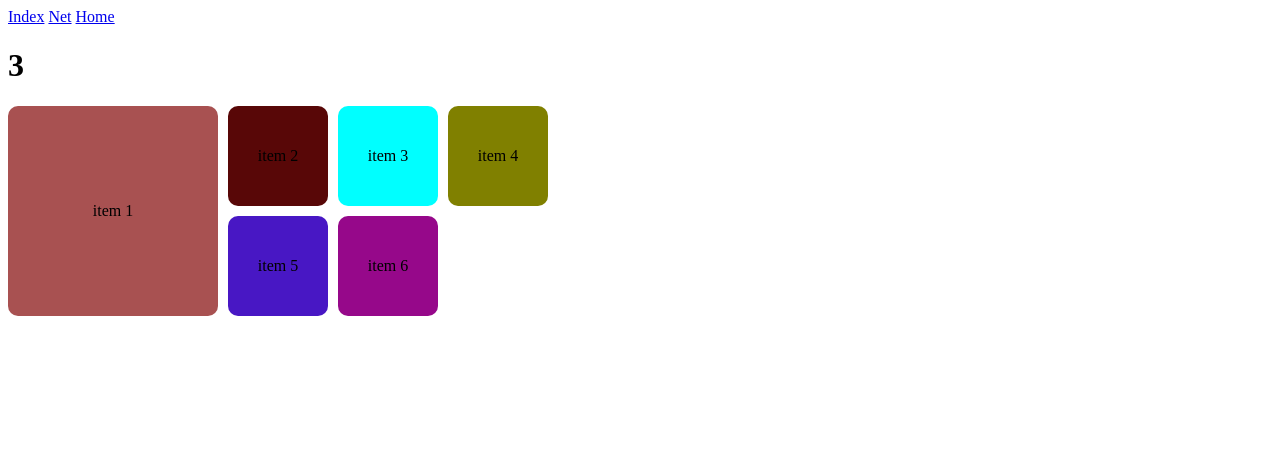
Repository: Nguyen-Toan-2004/du-an-test
Page: product.htm
These files come from the project's save history. The page is drawn as it stood at one moment and after a run of saves; the edit follows.
The browser window is 1280 px wide. The pictures show the whole page.

Above is the page before, as saved 2025-10-22 20:41:59.

### product.htm
<!DOCTYPE html>
<html lang="en">
  <head>
    <meta charset="UTF-8" />
    <meta name="viewport" content="width=device-width, initial-scale=1.0" />
    <title>Product</title>
  </head>
  <body>
    <a href="index.html">Index</a>
    <a href="net.htm">Net</a>
    <a href="home.html">Home</a>
    <h1>3</h1>
    <style>
      .container {
        display: grid;
        grid-template-columns: repeat(5, 100px);
        grid-template-rows: repeat(3, 100px);
        gap: 10px;
      }
      .box {
        display: flex;
        justify-content: center;
        align-items: center;
        border-radius: 10px;
      }
      .box1 {
        background: #a85151;
        grid-row-start: 1;
        grid-row-end: 3;
        grid-column-start: 1;
        grid-column-end: 3;
      }
      .box2 {
        background: #580707;
      grid-column-start: 3;
      grid-column-end: ;
      }
      .box3 {
        background: aqua;
      }
      .box4 {
        background: olive;
      }
      .box5 {
        background: #4817c4;
      }
      .box6 {
        background: #96088a;
      }
    </style>
    <div class="container">
      <div class="box box1">item 1</div>
      <div class="box box2">item 2</div>
      <div class="box box3">item 3</div>
      <div class="box box4">item 4</div>
      <div class="box box5">item 5</div>
      <div class="box box6">item 6</div>
    </div>
  </body>
</html>

After the next 2 saves:
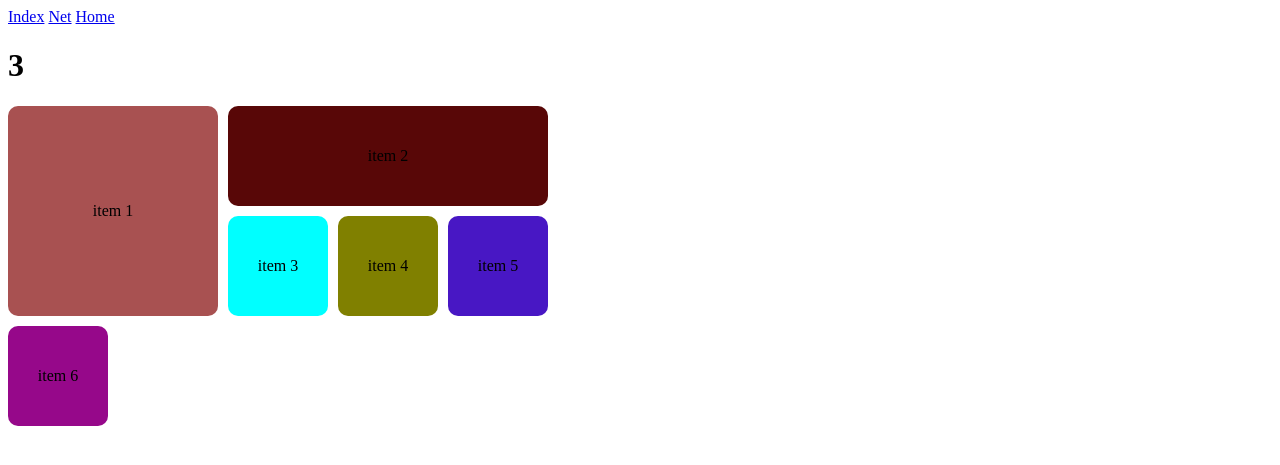
The 2 saves are shown as one change because they came seconds apart.
The last was saved 9 s later.
--- a/product.htm
+++ b/product.htm
@@ -32,8 +32,8 @@
       }
       .box2 {
         background: #580707;
-      grid-column-start: 3;
-      grid-column-end: ;
+        grid-column-start: 3;
+        grid-column-end: 6;
       }
       .box3 {
         background: aqua;
